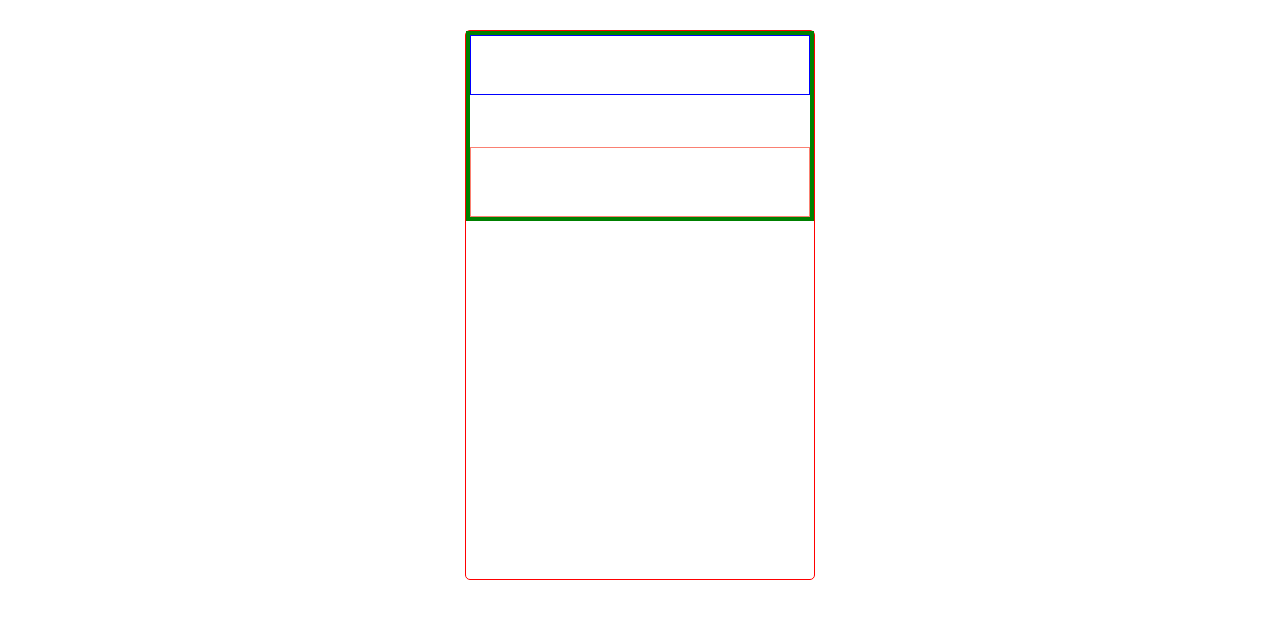
Repository: OfirLana/Calculator
Page: index.html
The author's editor kept a copy of each file at every save. The page is drawn from the files as they stood at one save, then again after the next save.
The browser window is 1280 px wide. The pictures show the whole page.

Above is the page before, as saved 2019-03-12 17:35:53.

After the next save:
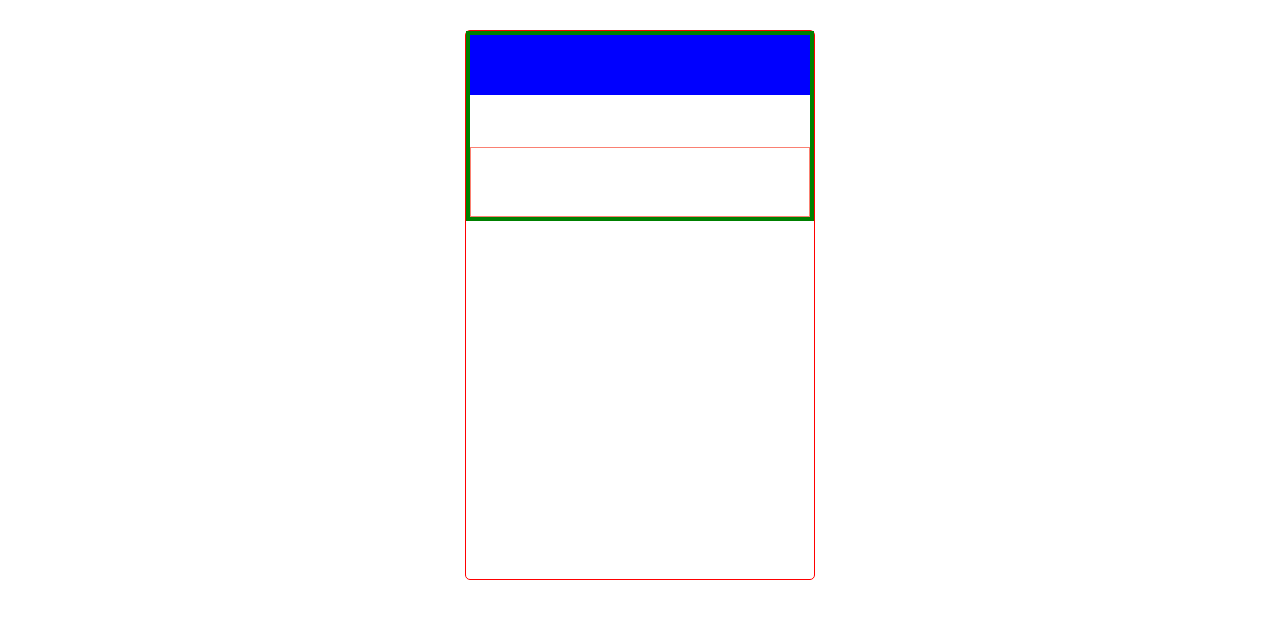
Saved 43 s later.
--- a/style.css
+++ b/style.css
@@ -39,6 +39,7 @@ body {
     display: flex;
     border: 1px solid blue;
     height: 6rem;
+    background:blue;
 
 }
 
